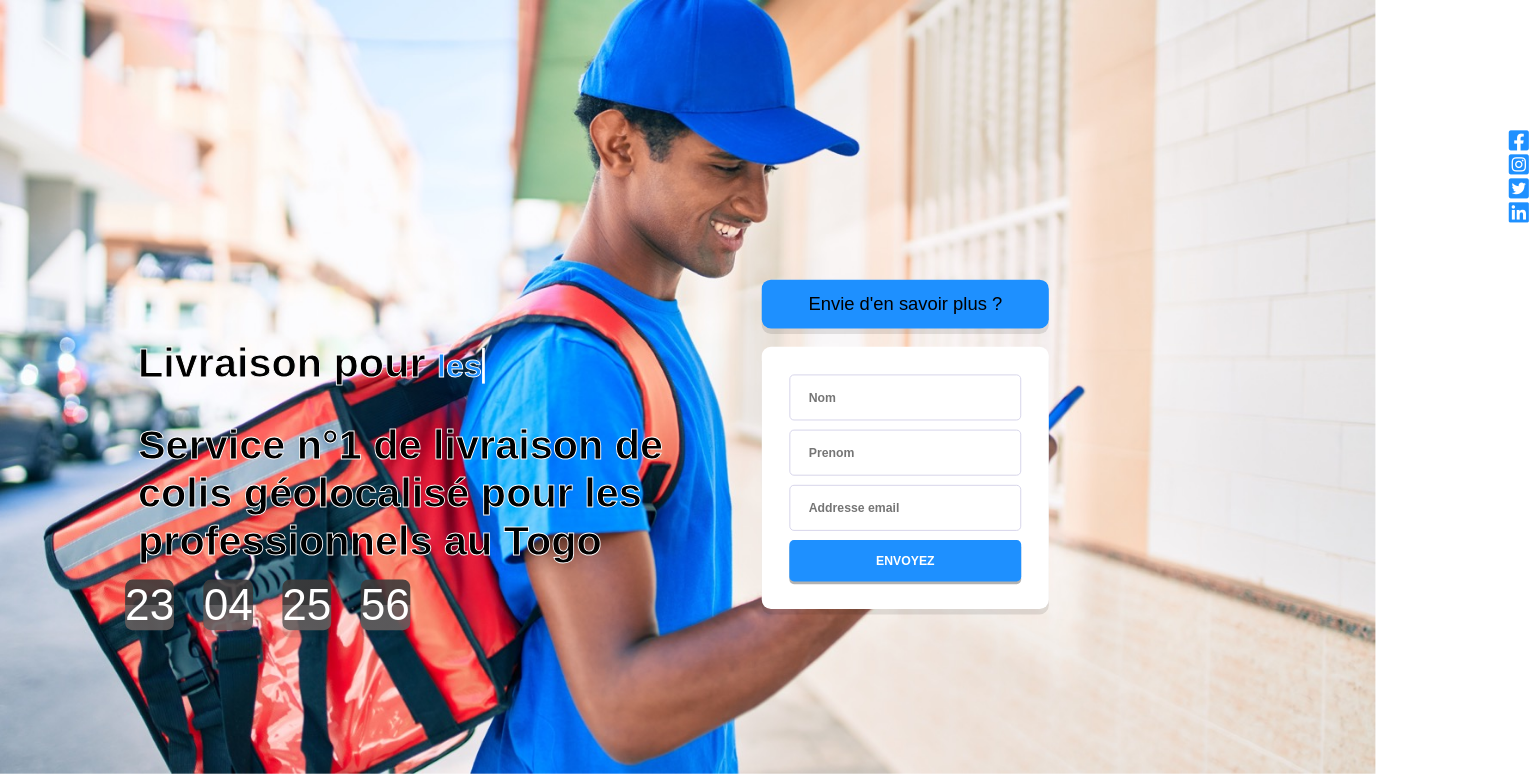
Repository: lawalalao/landpage
Page: index.html
These files come from the project's save history. The page is drawn as it stood at one moment and after the next save; the edit follows.
The browser window is 1280 px wide. The page is 1662 px wide, then 1280 px, so the pictures cover 1662 px, including what lies to the right of the window. The pictures show the whole page, at 92% of full size.
Some web fonts or font styles are not loaded; a fallback is used.

Above is the page before, as saved 2021-01-15 15:38:43.
Console error: TypeError: Cannot read properties of null (reading 'addEventListener')

### index.html
<!DOCTYPE html>
<html lang="en">
<head>
    <meta charset="UTF-8">
    <meta name="viewport" content="width=device-width, initial-scale=1.0">
    <link rel="shortcut icon" type="image/x-icon" href="./assets/icone.png">
    <meta http-equiv="refresh" content="30">
    <link href="./assets/fontawesome-free-5.15.1-web/css/all.css" rel="stylesheet">
    <link rel="preconnect" href="https://fonts.gstatic.com">
    <link href="https://fonts.googleapis.com/css2?family=Allerta+Stencil&display=swap" rel="stylesheet">
    <link rel="stylesheet" href="style.css">
    <!-- Primary Meta Tags -->
<title>chapchap.tg</title>
<meta name="title" content="chapchap.tg">
<meta name="description" content="Service n°1 de livraison de colis géolocalisé pour les professionnels au Togo.comingsoon">

<!-- Open Graph / Facebook -->
<meta property="og:type" content="website">
<meta property="og:url" content="https://metatags.io/">
<meta property="og:title" content="chapchap.tg">
<meta property="og:description" content="Service n°1 de livraison de colis géolocalisé pour les professionnels au Togo.comingsoon">
<meta property="og:image" content="https://metatags.io/assets/meta-tags-16a33a6a8531e519cc0936fbba0ad904e52d35f34a46c97a2c9f6f7dd7d336f2.png">

<!-- Twitter -->
<meta property="twitter:card" content="summary_large_image">
<meta property="twitter:url" content="https://metatags.io/">
<meta property="twitter:title" content="chapchap.tg">
<meta property="twitter:description" content="Service n°1 de livraison de colis géolocalisé pour les professionnels au Togo.comingsoon">
<meta property="twitter:image" content="https://metatags.io/assets/meta-tags-16a33a6a8531e519cc0936fbba0ad904e52d35f34a46c97a2c9f6f7dd7d336f2.png">
</head>
<body>

        <div class="nav" id="navbar">
            <nav class="navbar navbar-light bg-light">
            <a class="navbar-brand" href="#">
                <img src="./assets/logo.png" width="90" height="90" alt="logo" loading="lazy">
            </a>
            </nav>

        </div>
            <div class="social">
                <a href="https://web.facebook.com/chapchap.tg" target="_blank" ><i class="fab fa-facebook-square"></i></a>
                <a href="https://www.instagram.com/chapchap_tg/" target="_blank"><i class="fab fa-instagram-square"></i></a>
                <a href="https://twitter.com/chapchap_tg" target="_blank"><i class="fab fa-twitter-square"></i></a>
                <a href="https://www.linkedin.com/company/chapchap-tg" target="_blank" ><i class="fab fa-linkedin"></i></a>
            </div>
    <section class="signup">
        <div class="signup-intro">
            <h1 class="z">Livraison pour
                <span class="txt-type" data-wait="500" data-words='["les colis", "les plis", "les marchandises", "le retail", "le dernier Kilometre"]'></span>
            </h1>
            <h1 class="x">Service n°1 de livraison de colis géolocalisé pour les professionnels au Togo</h1>
             <div class="countdown"></div>

        </div>

        <div class="signup-form">
            <div class="tryit-banner">
                <p>Envie d'en savoir plus ? </p>
            </div>

            <form action="https://formspree.io/f/xleollba" method="POST"">
                <input type="text" name="name" placeholder="Nom">
                <input type="text" name="name" placeholder="Prenom">
                <input type="email" name="_replyto"placeholder="Addresse email" required>

                <button class="button">Envoyez</button>

            </form>
        </div>
    </section>
</body>
<script src="./app.js"></script>
<script>  var prevScrollpos = window.pageYOffset;
      window.onscroll = function() {

      var currentScrollpos = window.pageYOffset;
      if(prevScrollpos > currentScrollpos) {
            document.getElementById("navbar").style.top = "0";
      } else {
            document.getElementById("navbar").style.top = "-400px";
      }

      prevScrollpos = currentScrollpos;

      }</script>
</html>

### style.css
body {
    font-family: 'Allerta Stencil',
    sans-serif;
    max-width: 310px;
    margin: 0 auto;
    padding: 20px 20px;
    background: url("./assets/image.jpeg") center no-repeat;
    background-repeat: no-repeat;
    background-size: cover;
    color: Black;
    text-align: center;
}
.social{
    margin-left:1500px;
}
.social i{
    color:#1E90FF;
    font-size:25px;

}

.social i:hover {
    color: rgb(25, 29, 238);
}
.nav {
    margin-top: 30px;
    position: fixed;
    z-index: 1000;
    top: 0;
    right: 30px;
    left: 40px;
    height: 35px;
    display: flex;
    flex-direction: row;
    justify-content: space-between;
    align-items: center;
    padding: 0 25px 0 25px;
    background-color: transparent;
    transition: top 0.3s;


}

.z{
    margin-top: 100px;
}
.nav a {
    float: left;
    font-size: 28px;
    font-weight: bold;
    margin-left: 25px;
    color: black;
    text-decoration: none;

}
.txt-type>.txt {
    font-size: 35px;
    color: #1E90FF;
    border-right: 0.2rem solid white;
}
h1{
    -webkit-text-stroke: 1px white;
    color:black;
}
p {
    font-size: 14px;
}

.tryit-banner {
    background-color:#1E90FF;
    border-radius: 10px;
    margin-top: 50px;
    box-shadow: 0px 6px 0px rgba(0, 0, 0, 0.1);
    font-size: 14px;
}

.tryit-banner p {
    padding: 15px 0;
}

input, button {
    font-family: 'Allerta Stencil',
    sans-serif;
}

form {
    background-color: #fff;
    margin-top: 20px;
    display: flex;
    flex-direction: column;
    padding: 20px;
    border-radius: 10px;
    box-shadow: 0px 6px 0px rgba(0, 0, 0, 0.1);
}

input {
    box-sizing: border-box;
    width: 100%;
    height: 50px;
    padding-left: 20px;
    font-weight: 600;
    border: 1px solid hsl(245, 35%, 87%);
    border-radius: 5px;
    margin-bottom: 10px;
    transition: 0.1s;
}

input:hover {
    border: 1px solid hsl(246, 25%, 77%);
}

.button {
    background-color:#1E90FF;
    font-family: 'Allerta Stencil',
    sans-serif;
    border: none;
    border-radius: 5px;
    box-shadow: 0px 3px 0px rgba(0, 0, 0, 0.3);
    padding: 15px 0;
    text-transform: uppercase;
    color: #fff;
    font-weight: 600;
    transition: 0.5s;
}

.button:hover {
    background-color:#042b52;
}

.form-disclaimer {
    color: hsl(246, 25%, 77%);
    font-size: 10px;
}

.terms {
    text-decoration: none;
    font-weight: 600;
    color: hsl(0, 100%, 74%);
}
.countdown {

    display: flex;
    margin-left: -30px;
    font-size: 30px;
    font-weight: 200;
}

.countdown div {

    background: linear-gradient(to bottom,
            rgba(61, 58, 58, 0.9) 50%,
            rgba(99, 93, 93, 0.9) 0);
    color: white;
    margin: 1rem 1rem 3rem 1rem;
    font-size: 3rem;
    font-weight: 400;
    display: flex;
    justify-content: center;
    align-items: center;
    box-shadow: 0px 8px 0px rgba(0, 0, 0, 0.1);
    border-radius: 8px;
    position: relative;
}

.countdown div::before {
    content: "";
    position: absolute;
    height: 0.24rem;
    background-color: #17181b;
}

.countdown div::after {
    content: attr(data-content);
    font-size: 6rem;
    font-weight: 400;
    position: absolute;
    bottom: -6rem;
}

@media screen and (min-width: 480px) {
    .countdown {
        font-size: 25px;
        display: flex;
    }

    .navbar-brand img {
        margin-top: 10px;
    }
    .countdown div {
        display: flex;
        margin: 1rem 1rem 1rem 1rem;
        font-size: 2rem;
        flex-direction: column;
    }

    .countdown div::after {
        font-size: 2rem;
        display: flex;
        flex-direction: column;
        width: 60%;

    }
}

@media screen and (min-width: 768px) {
    .countdown {
        font-size: 56px;
    }

    .countdown {
        font-size: 25px;
        display: flex;
    }

    .countdown div {
        display: flex;
        margin: 1rem 1rem 1rem 1rem;
        font-size: 3rem;
        flex-direction: column;
    }

    .countdown div::after {
        font-size: 2.2rem;
        display: flex;
        flex-direction: column;
        width: 60%;
    }

    .signup {
        text-align: center;
    }
}

@media screen and (min-width: 1024px) {
    header .content .countdown {
        font-size: 72px;

    }
}

@media screen and (min-width: 1280px) {
    .content .countdown {
        font-size: 56px;
    }
}
@media screen and (min-width: 900px) {
    .nav{
        height: 80px;
    }
    .nav a {
        float: left;
        font-size: 40px;
        font-weight: bold;
        margin-left: 25px;
        color: black;
        text-decoration: none;

    }
    .signup {
        display: flex;
        justify-content: space-between;
    }

    .signup-intro {
        margin-top: 25px;
        width: 100%;
        margin-left: 10px;
        display: flex;
        flex-direction: column;
        justify-content: center;
        text-align: left;
    }

    .signup-form {
        width: 46%;
        font-family: 'Allerta Stencil',
        sans-serif;
        margin-top: 10px;
    }
    form {
        padding: 30px;
    }

    body {
        margin:100px auto;
        max-width: 1000px;
        padding: 40px 20px;
        background: url("./assets/image.jpeg") ;
        background-repeat: no-repeat;
        background-size: cover;
        font-family: 'Allerta Stencil',
        sans-serif;
    }

    h1 {
        font-size:45px;
        margin-bottom: 0px;
        -webkit-text-stroke: 1px white;
        color:black;
    }

    p {
        font-size: 20px;
    }
}

### app.js
const countdown = document.querySelector(".countdown");

const interval = setInterval(() => {
  const deadline = new Date(2021,01, 05, 00, 00, 00);

  const current = new Date();

  const diff = deadline - current;

  const days = Math.floor(diff / (1000 * 60 * 60 * 24)) + "";
  const hours = Math.floor((diff / (1000 * 60 * 60)) % 24) + "";
  const minutes = Math.floor((diff / (1000 * 60)) % 60) + "";
  const seconds = Math.floor((diff / 1000) % 60) + "";

  countdown.innerHTML = `
    <div data-content="">${days.length === 1 ? `0${days}` : days}</div>
    <div data-content="">${hours.length === 1 ? `0${hours}` : hours}</div>
    <div data-content="">${
      minutes.length === 1 ? `0${minutes}` : minutes
    }</div>
    <div data-content="">${
      seconds.length === 1 ? `0${seconds}` : seconds
    }</div>
`;

  if (diff < 0) {
    clearInterval(interval);
    countdown.innerHTML = "<h1>Here We Go!!!</h1>";
  }

  document.querySelector(".reset").addEventListener("click", () => {
    clearInterval(interval);

    const divs = document.querySelectorAll(".countdown div");

    divs.forEach((div) => {
      div.innerHTML = "00";
    });
  });
}, 1000);


// ES6 Class
class TypeWriter {
  constructor(txtElement, words, wait = 3000) {
    this.txtElement = txtElement;
    this.words = words;
    this.txt = '';
    this.wordIndex = 0;
    this.wait = parseInt(wait, 10);
    this.type();
    this.isDeleting = false;
  }

  type() {
    // Current index of word
    const current = this.wordIndex % this.words.length;
    // Get full text of current word
    const fullTxt = this.words[current];

    // Check if deleting
    if(this.isDeleting) {
      // Remove char
      this.txt = fullTxt.substring(0, this.txt.length - 1);
    } else {
      // Add char
      this.txt = fullTxt.substring(0, this.txt.length + 1);
    }

    // Insert txt into element
    this.txtElement.innerHTML = `<span class="txt">${this.txt}</span>`;

    // Initial Type Speed
    let typeSpeed = 300;

    if(this.isDeleting) {
      typeSpeed /= 2;
    }

    // If word is complete
    if(!this.isDeleting && this.txt === fullTxt) {
      // Make pause at end
      typeSpeed = this.wait;
      // Set delete to true
      this.isDeleting = true;
    } else if(this.isDeleting && this.txt === '') {
      this.isDeleting = false;
      // Move to next word
      this.wordIndex++;
      // Pause before start typing
      typeSpeed = 500;
    }

    setTimeout(() => this.type(), typeSpeed);
  }
}


// Init On DOM Load
document.addEventListener('DOMContentLoaded', init);

// Init App
function init() {
  const txtElement = document.querySelector('.txt-type');
  const words = JSON.parse(txtElement.getAttribute('data-words'));
  const wait = txtElement.getAttribute('data-wait');
  // Init TypeWriter
  new TypeWriter(txtElement, words, wait);
}

Loaded but not shown: assets/fontawesome-free-5.15.1-web/css/all.css (library)

After the next save:
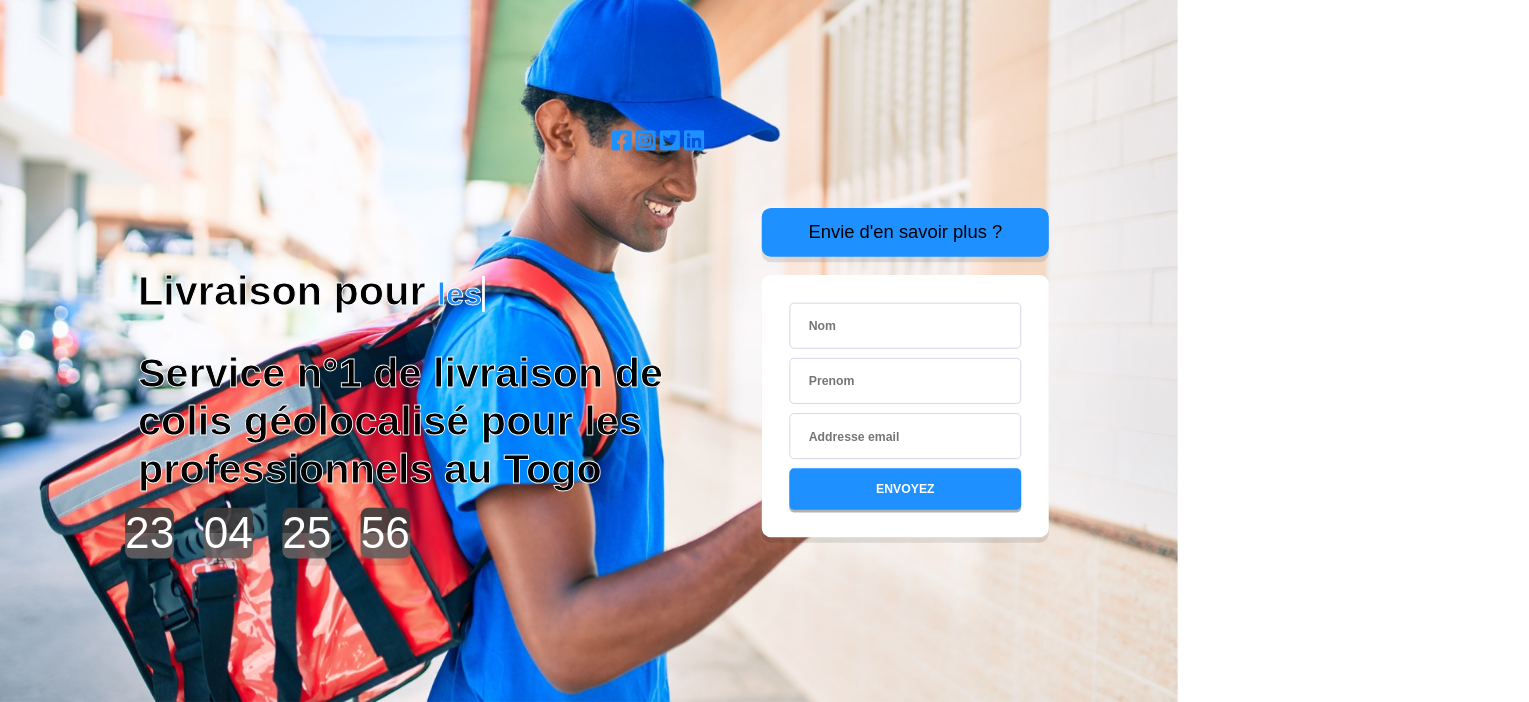
Saved 9 s later.
--- a/style.css
+++ b/style.css
@@ -11,7 +11,7 @@ body {
     text-align: center;
 }
 .social{
-    margin-left:1500px;
+    margin-left:150px;
 }
 .social i{
     color:#1E90FF;
